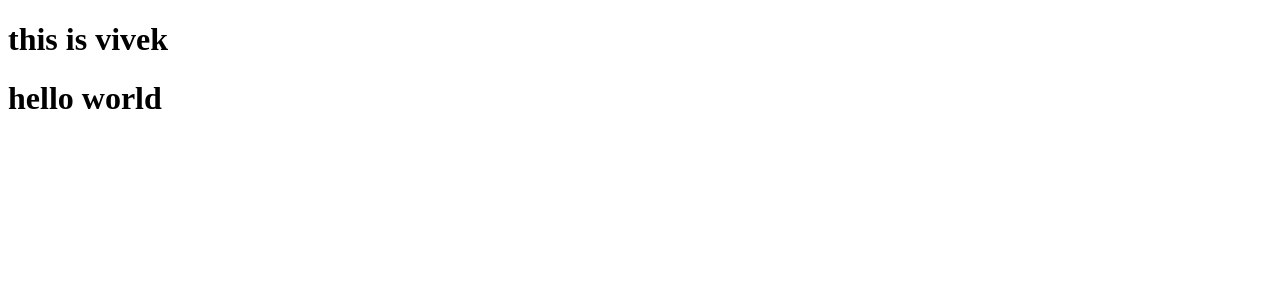
Repository: viveknaidu007/repo-113-HTML
Page: 17.html
The author's editor kept a copy of each file at every save. The page is drawn from the files as they stood at one save, then again after the next save.
The browser window is 1280 px wide. The pictures show the whole page.

Above is the page before, as saved 2024-06-25 20:25:43.

After the next save:
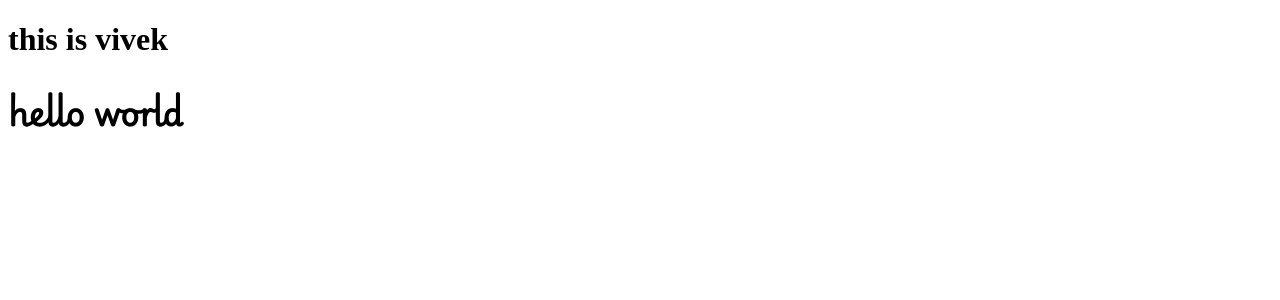
Saved 25 s later.
--- a/17.html
+++ b/17.html
@@ -13,7 +13,7 @@
             }
 
             .c{
-                font-family: 'lsans'
+                font-family: 'edo'
             }
         </style>
     </head>
